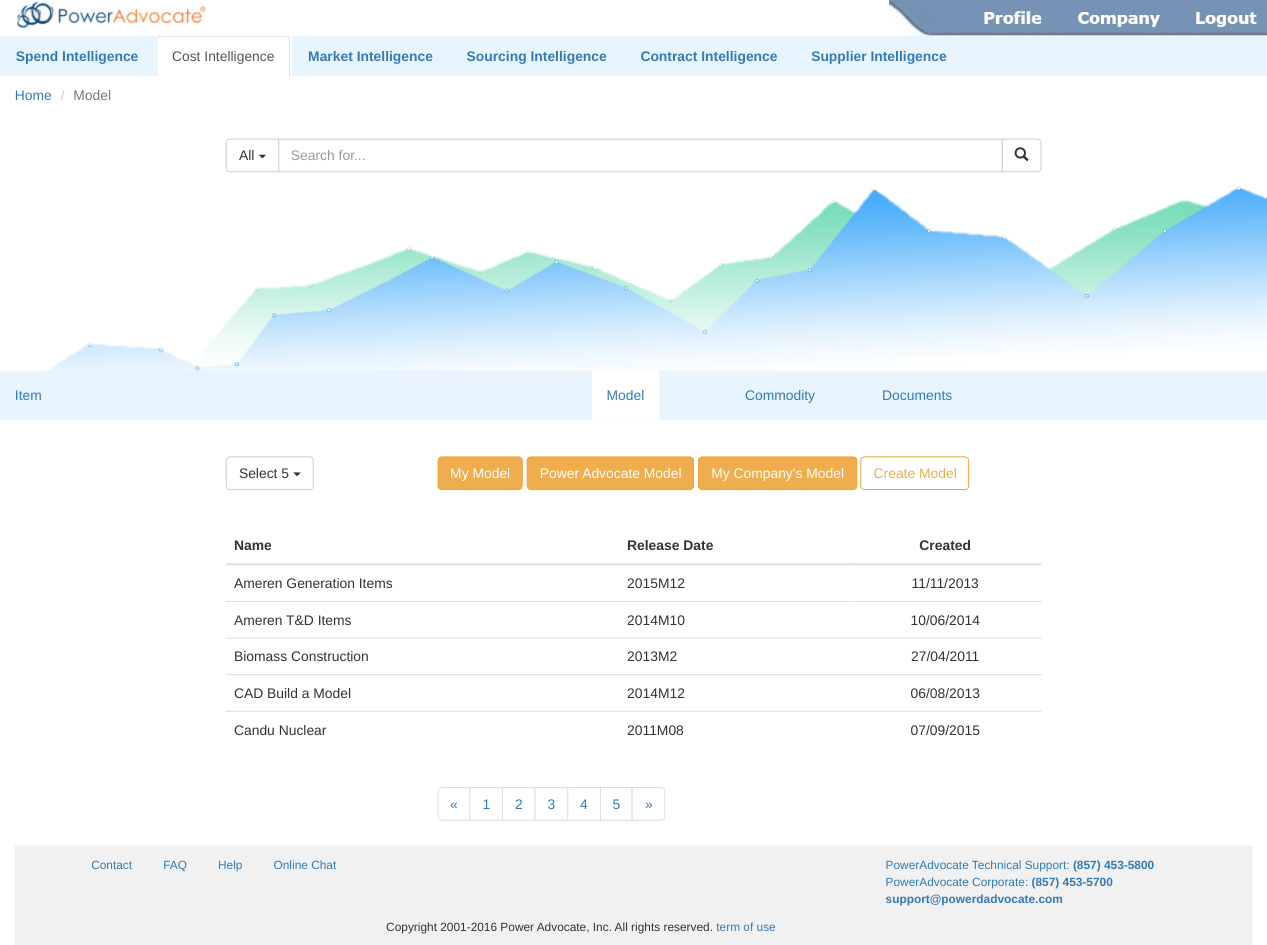
Repository: SamiraMansouri/PowerAdvocate-CostIntelligence-Application-new-Design-using-UserExperience-Method-
Page: http://localhost/PowerAdvocate/WEB-INF/views/home.jsp
An editor plug-in stored every save of this project. The page is shown before and after the next save, followed by the edit.
The browser window is 1280 px wide. The pictures show the whole page, at 99% of full size.
The page is served by Tomcat 9. Nobody is signed in. The template is opened directly, without the code that normally fills it, so the values that code supplies are empty.

Above is the page before, as saved 2016-04-25 02:36:52.

After the next save:
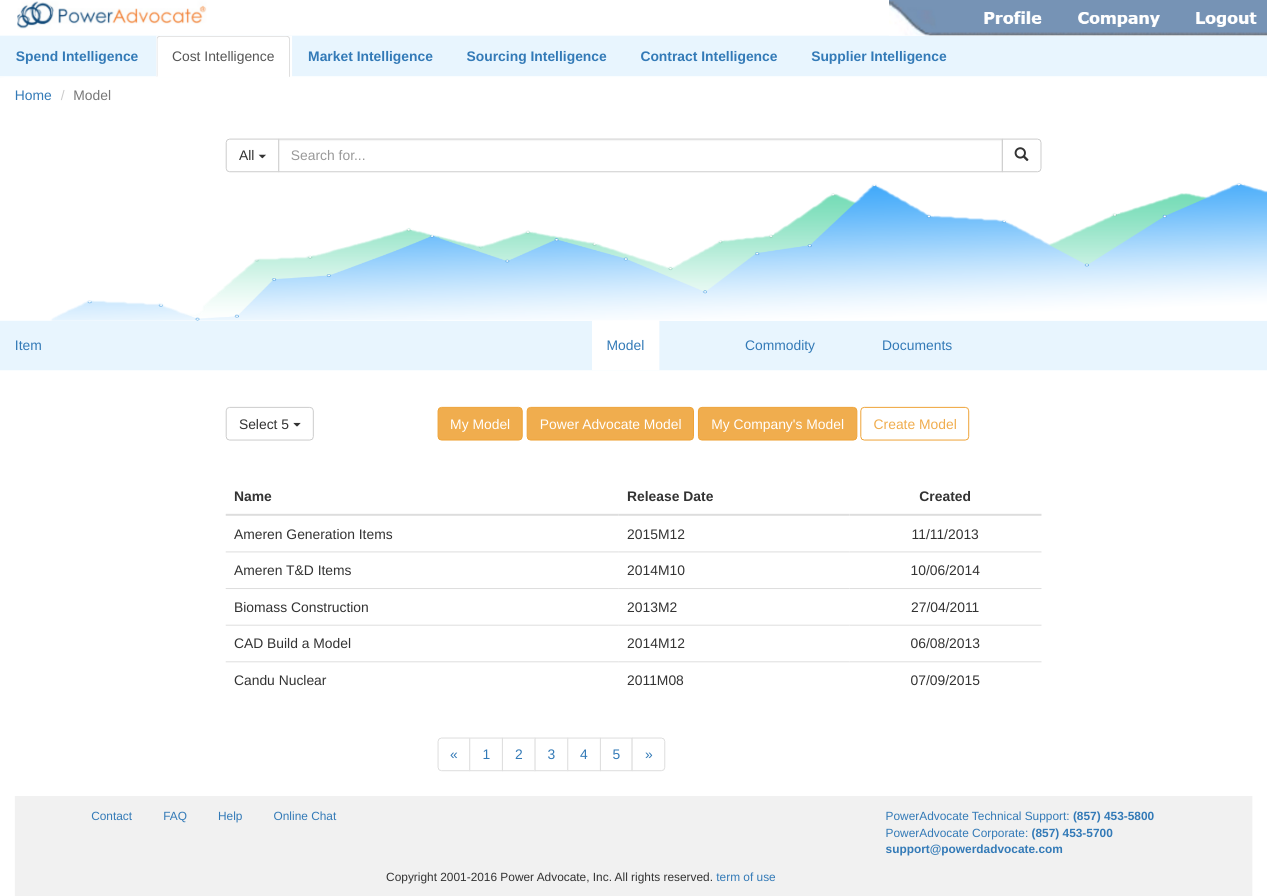
Saved 29 s later.
--- a/PowerAdvocate-Prototype/PowerAdvocate/src/main/webapp/WEB-INF/views/home.jsp
+++ b/PowerAdvocate-Prototype/PowerAdvocate/src/main/webapp/WEB-INF/views/home.jsp
@@ -189,7 +189,7 @@
 		<div class="row">
 			<div class="col-md-12 image">
 				<img  src="resources/img/background_less.png" alt="logo"
-					style="width: 100%; height: 200px;">
+					style="width: 100%; height: 150px;">
 			</div>
 		</div>
 		<!-- row -->
